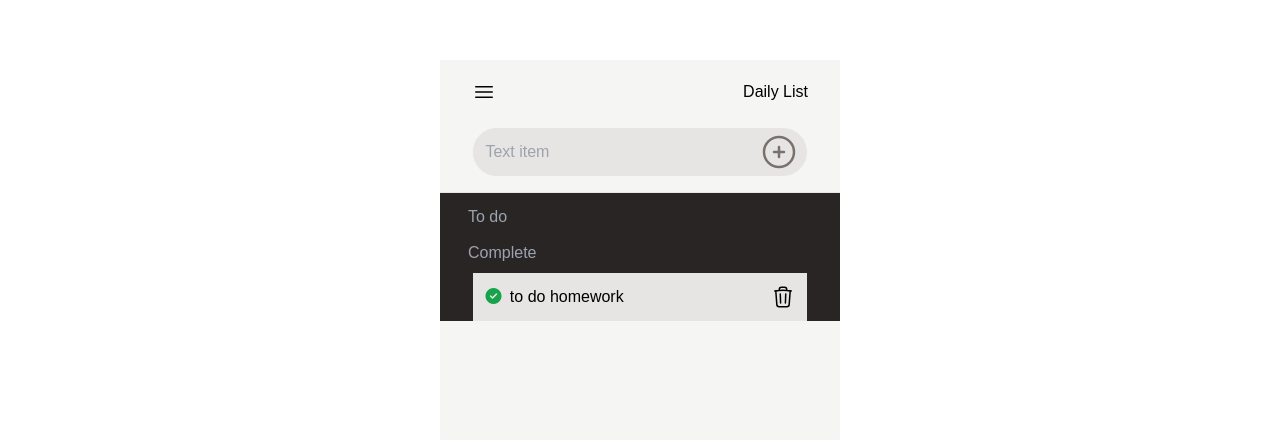
Repository: hsumyatm7308/TodolistbyPHP
Page: http://localhost/
An editor plug-in stored every save of this project. The page is shown before and after the next save, followed by the edit.
The browser window is 1280 px wide. The pictures show the whole page.
Some web libraries are served in a nearby version. The page is run by PHP 8.4 with error messages shown; the project is at /var/www/html/. Queries for data that is not in the repository find no rows.

Above is the page before, as saved 2023-07-09 22:29:21.

### index.php
<!DOCTYPE html>
<html lang="en">

<head>
    <meta charset="UTF-8">
    <meta name="viewport" content="width=device-width, initial-scale=1.0">
    <title>To Do List</title>
    <link rel="stylesheet" href="https://cdnjs.cloudflare.com/ajax/libs/font-awesome/6.4.0/css/all.min.css">
    <script src="https://cdn.tailwindcss.com"></script>

    <style>
        * {
            font-family: sans-serif;
        }
    </style>

</head>

<body>
    <div class="w-screen h-screen container flex justify-center items-center">
        <div class="w-[400px] h-[600px] bg-stone-100">
            <!-- header nav  -->
            <div class="w-full h-14 flex justify-between items-center p-8">
                <div>
                    <svg xmlns="http://www.w3.org/2000/svg" fill="none" viewBox="0 0 24 24" stroke-width="1.5"
                        stroke="currentColor" class="w-6 h-6">
                        <path stroke-linecap="round" stroke-linejoin="round"
                            d="M3.75 6.75h16.5M3.75 12h16.5m-16.5 5.25h16.5" />
                    </svg>

                </div>
                <div>
                    <h4> Daily List</h4>
                </div>
            </div>

            <?php

            include("create.php");

            ?>

            <div class="w-full h-32 bg-stone-800 overflow-y-scroll">

                <?php

                include("updatetodo.php");
                include("complete.php");

                ?>
            </div>







        </div>
    </div>
</body>

</html>

### create.php
<?php
session_start();
ini_set('display_errors', 1);

require_once("database.php");

if ($_SERVER['REQUEST_METHOD'] === 'POST') {
    global $conn;

    $getdata = $_POST['textbox'];


    try {
        $stmt = $conn->prepare("INSERT INTO todolist (task) VALUES ( :task)");


        $task = $getdata;


        $stmt->bindParam(':task', $task);

        $stmt->execute();
    } catch (Exception $e) {
        echo "Error Found: " . $e->getMessage();
    }
}


?>





<!-- to do form  -->
<form action="" method="post" enctype="multipart/form-data">


    <div class="w-full h-auto flex justify-center items-center p-1">
        <div class="w-[85%] h-auto bg-stone-200 flex justify-between items-center rounded-3xl">
            <input type="text" name="textbox"
                class="w-[85%] bg-stone-200 rounded-tl-3xl rounded-bl-3xl p-3 focus:outline-none"
                placeholder="Text item">

            <button type="submit" name="submit" class="">
                <svg xmlns="http://www.w3.org/2000/svg" fill="none" viewBox="0 0 24 24" stroke-width="1.5"
                    stroke="currentColor" class="w-10 h-10 mr-2 text-stone-500 hover:text-stone-600">
                    <path stroke-linecap="round" stroke-linejoin="round"
                        d="M12 9v6m3-3H9m12 0a9 9 0 11-18 0 9 9 0 0118 0z" />
                </svg>
            </button>
        </div>

    </div>
    <hr class="mt-3">
</form>

### database.php
<?php

$dbhost = 'localhost';
$dbuser = 'root';
$dbpass = '';
$dbname = 'hmmdb';


try{

    $conn = new PDO("mysql:host=$dbhost;dbname=$dbname", $dbuser, $dbpass);
    $conn->setAttribute(PDO::ATTR_ERRMODE, PDO::ERRMODE_EXCEPTION);

    // echo "Connection successful";


}catch(Exception $e){
    "Error Found:".$e->getMessage();
}




?>

### updatetodo.php
<?php

// session_start();
ini_set('display_errors', 1);

require_once("database.php");
require_once("create.php");

try {

    global $conn;

    $stmt = $conn->prepare("SELECT id,task FROM todolist");
    $stmt->execute();



} catch (Exception $e) {
    "Found Error : " . $e->getMessage();
}

?>








<!-- update to do  -->
<form action="" method="post" class="mt-3" enctype="multipart/form-data">
    <h3 class="text-gray-400 ml-7 mb-1">To do</h3>


    <?php while ($row = $stmt->fetch()): ?>

        <div name="taskitems" class="w-full h-auto flex justify-center items-center p-1">


            <div class="w-[85%] h-auto bg-stone-200 flex justify-between items-center p-3">
                <span>
                    <i class="fa-regular fa-circle-check"></i>
                    <span class="ml-1">
                        <?php echo $row['task'] ?>
                    </span>
                </span>

                <div>
                    <svg xmlns="http://www.w3.org/2000/svg" fill="none" viewBox="0 0 24 24" stroke-width="1.5"
                        stroke="currentColor" class="w-6 h-6">
                        <path stroke-linecap="round" stroke-linejoin="round"
                            d="M16.862 4.487l1.687-1.688a1.875 1.875 0 112.652 2.652L10.582 16.07a4.5 4.5 0 01-1.897 1.13L6 18l.8-2.685a4.5 4.5 0 011.13-1.897l8.932-8.931zm0 0L19.5 7.125M18 14v4.75A2.25 2.25 0 0115.75 21H5.25A2.25 2.25 0 013 18.75V8.25A2.25 2.25 0 015.25 6H10" />
                    </svg>
                </div>
            </div>



        </div>

    <?php endwhile; ?>







</form>

### complete.php
      <!-- complete work -->
      <form action="" method="post" class="mt-3" enctype="multipart/form-data">
                <h3 class="text-gray-400 ml-7 mb-1">Complete</h3>

                <div class="w-full h-auto flex justify-center items-center p-1">


                    <div class="w-[85%] h-auto bg-stone-200 flex justify-between items-center p-3">

                        <span>
                            <i class="fa-solid fa-circle-check text-green-600"></i>
                            <span class="ml-1">to do homework</span>
                        </span>

                        <div>
                            <svg xmlns="http://www.w3.org/2000/svg" fill="none" viewBox="0 0 24 24" stroke-width="1.5"
                                stroke="currentColor" class="w-6 h-6">
                                <path stroke-linecap="round" stroke-linejoin="round"
                                    d="M14.74 9l-.346 9m-4.788 0L9.26 9m9.968-3.21c.342.052.682.107 1.022.166m-1.022-.165L18.16 19.673a2.25 2.25 0 01-2.244 2.077H8.084a2.25 2.25 0 01-2.244-2.077L4.772 5.79m14.456 0a48.108 48.108 0 00-3.478-.397m-12 .562c.34-.059.68-.114 1.022-.165m0 0a48.11 48.11 0 013.478-.397m7.5 0v-.916c0-1.18-.91-2.164-2.09-2.201a51.964 51.964 0 00-3.32 0c-1.18.037-2.09 1.022-2.09 2.201v.916m7.5 0a48.667 48.667 0 00-7.5 0" />
                            </svg>

                        </div>

                    </div>



                </div>

                <div class="w-full h-auto flex justify-center items-center p-1">

                    <div class="w-[85%] h-auto bg-stone-200 flex justify-between items-center p-3">

                        <span>
                            <i class="fa-solid fa-circle-check text-green-600"></i>
                            <span class="ml-1">to do homework</span>
                        </span>

                        <div>
                            <svg xmlns="http://www.w3.org/2000/svg" fill="none" viewBox="0 0 24 24" stroke-width="1.5"
                                stroke="currentColor" class="w-6 h-6">
                                <path stroke-linecap="round" stroke-linejoin="round"
                                    d="M14.74 9l-.346 9m-4.788 0L9.26 9m9.968-3.21c.342.052.682.107 1.022.166m-1.022-.165L18.16 19.673a2.25 2.25 0 01-2.244 2.077H8.084a2.25 2.25 0 01-2.244-2.077L4.772 5.79m14.456 0a48.108 48.108 0 00-3.478-.397m-12 .562c.34-.059.68-.114 1.022-.165m0 0a48.11 48.11 0 013.478-.397m7.5 0v-.916c0-1.18-.91-2.164-2.09-2.201a51.964 51.964 0 00-3.32 0c-1.18.037-2.09 1.022-2.09 2.201v.916m7.5 0a48.667 48.667 0 00-7.5 0" />
                            </svg>


                        </div>

                    </div>



                </div>
            </form>

After the next save:
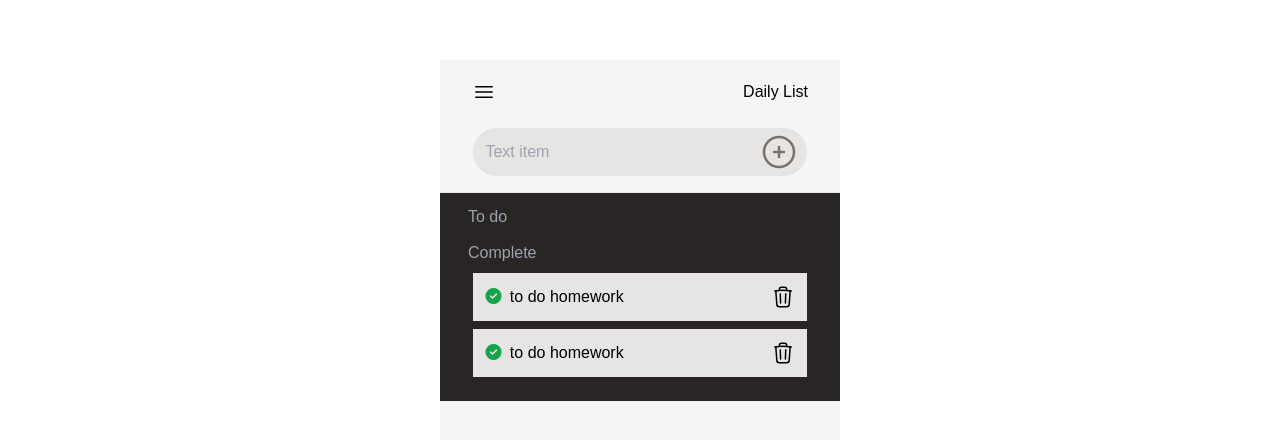
Saved 11 s later.
--- a/index.php
+++ b/index.php
@@ -40,7 +40,7 @@
 
             ?>
 
-            <div class="w-full h-32 bg-stone-800 overflow-y-scroll">
+            <div class="w-full h-52 bg-stone-800 overflow-y-scroll">
 
                 <?php
 
